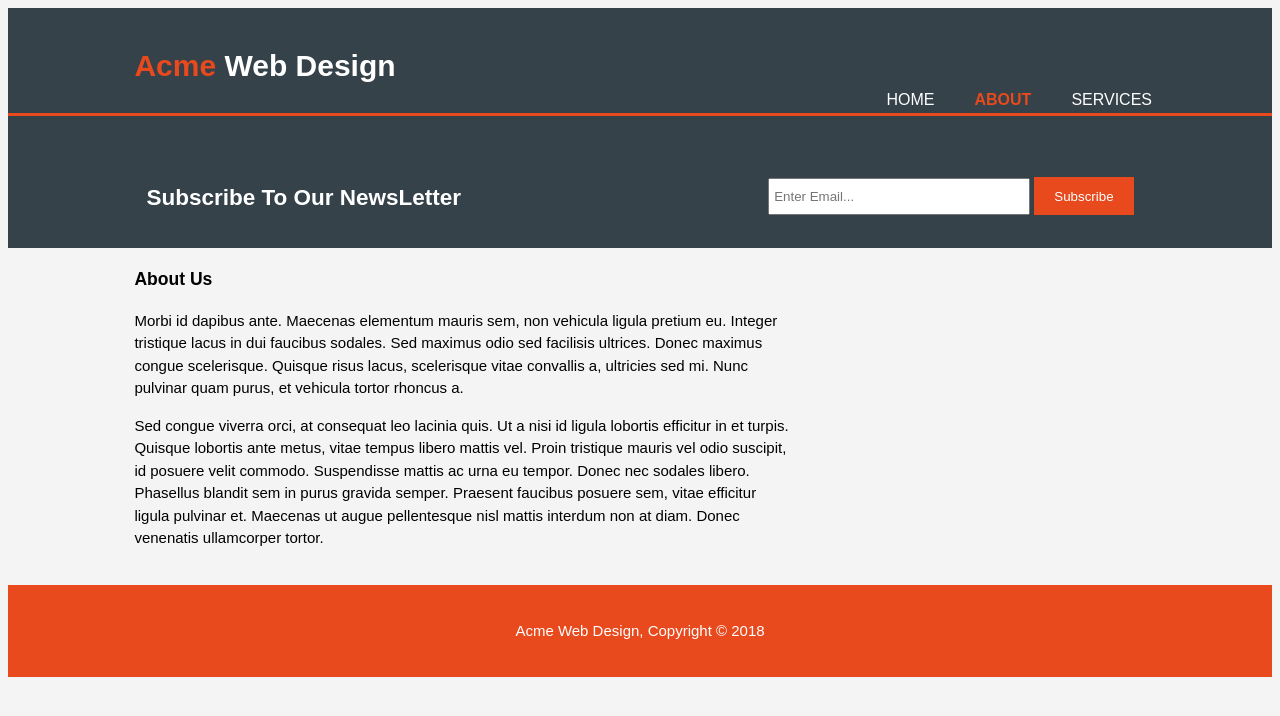
Repository: Meli9494/Proyecto-Bootstrap
Page: acme web/about.html
The author's editor kept a record of every edit. The page is drawn from the files as they stood at one moment, then again after the next edit.
The browser window is 1280 px wide. The pictures show the whole page.

Above is the page before.

### acme web/about.html
<!DOCTYPE html>
<html>
    <!--Head
    ___________________________________________________________________________________________________________-->
    <head>
        <!--Charset utf8
        _______________________________________________________________________________________________________-->
        <meta charset="utf-8">
        <!--Any Device Width
        _______________________________________________________________________________________________________-->
        <meta name="viewport" content="width=device-width">
        <!--Descripcion, palabras claves, autor
        _______________________________________________________________________________________________________-->
        <meta name="description" content="Affordable and professional web design">
        <meta name="keywords" content="web design, affordable web design, professional web design">
        <meta name="author" content="Brad Traversy">
        <!--ABOUT
        _______________________________________________________________________________________________________-->
        <title>Acme Web Design | About</title>
        <!-- CSS
        _______________________________________________________________________________________________________-->
        <link rel="stylesheet" href="./css/style.css">
    </head>

    <!--Body
    ___________________________________________________________________________________________________________-->
    <body>
        <!--Header
        _______________________________________________________________________________________________________-->
        <header>
            <!--CONTENEDOR CON LOGO
            ___________________________________________________________________________________________________-->
            <div class="container">
                <div id="branding">
                    <h1><span class="highlight">Acme</span> Web Design</h1>
                </div>
            </div>
            <!--NAV
            ___________________________________________________________________________________________________-->
            <nav>
                <ul>
                    <li><a href="index.html">Home</a></li>
                    <li class="current"><a href="about.html">About</a></li>
                    <li><a href="services.html">Services</a></li>
                </ul>
            </nav>
        </header>

        <!--SECTION NEWS LETTER
        ________________________________________________________________________________________________________-->
        <section id="newsletter">
            <div class="container">
                <h1>Subscribe To Our NewsLetter</h1>
                <form>
                    <input type="email" placeholder="Enter Email...">
                    <button type="submit" class="button_1">Subscribe</button>
                </form>
            </div>
        </section>

        <!--SECTION BOXES
        _________________________________________________________________________________________________________-->
        <section id="main">
            <div class="container">
                <article id="main-col">
                    <h1 class="page-title">About Us</h1>
                    <p>
                        Morbi id dapibus ante. Maecenas elementum mauris sem, non vehicula ligula pretium eu. Integer tristique lacus in dui faucibus sodales. Sed maximus odio sed facilisis ultrices. Donec maximus congue scelerisque. Quisque risus lacus, scelerisque vitae convallis a, ultricies sed mi. Nunc pulvinar quam purus, et vehicula tortor rhoncus a.
                    </p>
                    <p>
                        Sed congue viverra orci, at consequat leo lacinia quis. Ut a nisi id ligula lobortis efficitur in et turpis. Quisque lobortis ante metus, vitae tempus libero mattis vel. Proin tristique mauris vel odio suscipit, id posuere velit commodo. Suspendisse mattis ac urna eu tempor. Donec nec sodales libero. Phasellus blandit sem in purus gravida semper. Praesent faucibus posuere sem, vitae efficitur ligula pulvinar et. Maecenas ut augue pellentesque nisl mattis interdum non at diam. Donec venenatis ullamcorper tortor.
                    </p>
                </article>
            </div>
        </section>

        <!--FOOTER
        ________________________________________________________________________________________________________-->
        <footer>
            <p>Acme Web Design, Copyright &copy; 2018</p>
        </footer>
    </body>

</html>

### acme web/css/style.css
/*BODY*/
body {
    font-family: Arial, Helvetica, sans-serif;
    font-size: 15px;
    line-height: 1.5;
    font: 15px/1.5 Arial, Helvetica, sans-serif;
    padding: 0;
    background-color: #f4f4f4;
}

/*Global*/
.container {
    width: 80%;
    margin: auto;
    overflow: hidden;
}

/*Header UL*/
ul {
    margin: 0;
    padding: 0;
}

/*botton*/
.button_1 {
    height: 38px;
    background: #e8491d;
    border: none;
    padding-left: 20px;
    padding-right: 20px;
    color: #ffffff;
}

.dark {
    padding: 15px;
    background: #35424a;
    color: #ffffff;
    margin-top: 10px;
    margin-bottom: 10px;
}

/*Header*/
header {
    background: #35424a;
    color: #ffffff;
    padding-top: 35px;
    min-height: 70px;
    border-bottom: #e8491d 3px solid;
}

header a {
    color: #ffffff;
    text-decoration: none;
    text-transform: uppercase;
    font-size: 16px;
}

/*HEADER LI*/
header li {
    float: left;
    display: inline;
    padding: 0 20px 0 20px;
}

/*logo*/
header #branding{
    float: left;
}

header #branding h1 {
    margin: 0;
}

/*header nav*/
header nav {
    float: right;
    margin-right: 100px;
    margin-bottom: 50px;
}

/* to make acme and home orange*/
header .highlight, header .current a {
    color: #e8491d;
    font-weight: bold;
}

/*HOVER*/
header a:hover {
    color: #cccccc;
    font-weight: bold;
}

/*showcase*/
#showcase {
    min-height: 400px;
    background: url('../img/showcase.jpg') no-repeat 0 -450px;
    text-align: center;
    color: #ffffff;
}

#showcase h1 {
    margin-top: 100px;
    font-size: 55px;
    margin-bottom: 10px;
}

#showcase p {
    font-size: 20px;
}

/*NEWSLETTER*/
#newsletter {
    padding: 15px;
    color: #ffffff;
    background: #35424a;
}

#newsletter h1 {
    float: left;
}

#newsletter form {
    float: right;
    margin-top: 15px;
}

#newsletter input {
    padding: 4px;
    height: 25px;
    width: 250px;
}

/*BOXES*/
#boxes {
    margin-top: 20px;
}

#boxes .box {
    float: left;
    text-align: center;
    width: 30%;
    padding: 10px;
}

#boxes .box img {
    width: 90px;
}

/*SIDEBAR ABOUT US*/
aside#sidebar {
    float: right;
    width: 30%;
    margin-top: 10px;
}

aside#sidebar .quote input, aside#sidebar .quote textarea {
    width: 90%;
    padding: 5px;
}

/*article main col*/
article#main-col {
    float: left;
    width: 65%;
}

/* Services */
ul#services {
    list-style: none;
    padding: 20px;
    border: #cccccc solid 1px;
    margin-bottom: 5px;
    background: #e6e6e6;
}

/*FOOTER*/
footer {
    padding: 20px;
    margin-top: 20px;
    color: #ffffff;
    background-color: #e8491d;
    text-align: center;
}

/*Media Queries*/
@media (max-width: 768px) {
    header #branding,
    header nav,
    header nav li,
    #newsletter h1,
    #newsletter form,
    #boxes .box,
    article#main-col,
    aside#sidebar{
        float: none;
        text-align: center;
        width: 100%;
    }

    header {
        padding-bottom: 20px;
    }

    #showcase h1 {
        margin-top: 40px;
    }

    #newsletter button, .quote button {
        display: block;
        width: 100%;
    }

    #newsletter form input[type="email"], .quote input, .quote textarea {
        width: 100%;
        margin-bottom: 5px;
    }
}

After the next edit:
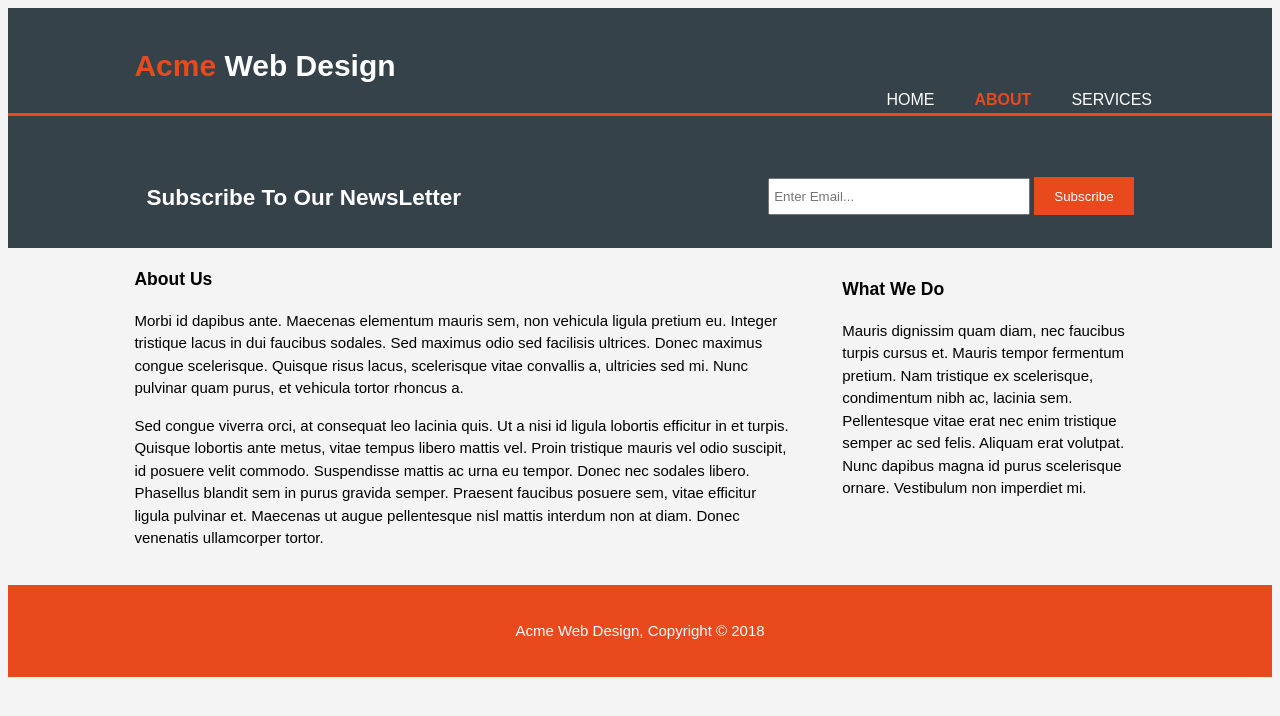
The edit:
--- a/acme web/about.html
+++ b/acme web/about.html
@@ -71,6 +71,11 @@
                         Sed congue viverra orci, at consequat leo lacinia quis. Ut a nisi id ligula lobortis efficitur in et turpis. Quisque lobortis ante metus, vitae tempus libero mattis vel. Proin tristique mauris vel odio suscipit, id posuere velit commodo. Suspendisse mattis ac urna eu tempor. Donec nec sodales libero. Phasellus blandit sem in purus gravida semper. Praesent faucibus posuere sem, vitae efficitur ligula pulvinar et. Maecenas ut augue pellentesque nisl mattis interdum non at diam. Donec venenatis ullamcorper tortor.
                     </p>
                 </article>
+
+                <aside id="sidebar">
+                    <h3>What We Do</h3>
+                    <p>Mauris dignissim quam diam, nec faucibus turpis cursus et. Mauris tempor fermentum pretium. Nam tristique ex scelerisque, condimentum nibh ac, lacinia sem. Pellentesque vitae erat nec enim tristique semper ac sed felis. Aliquam erat volutpat. Nunc dapibus magna id purus scelerisque ornare. Vestibulum non imperdiet mi.</p>
+                </aside>
             </div>
         </section>
 
